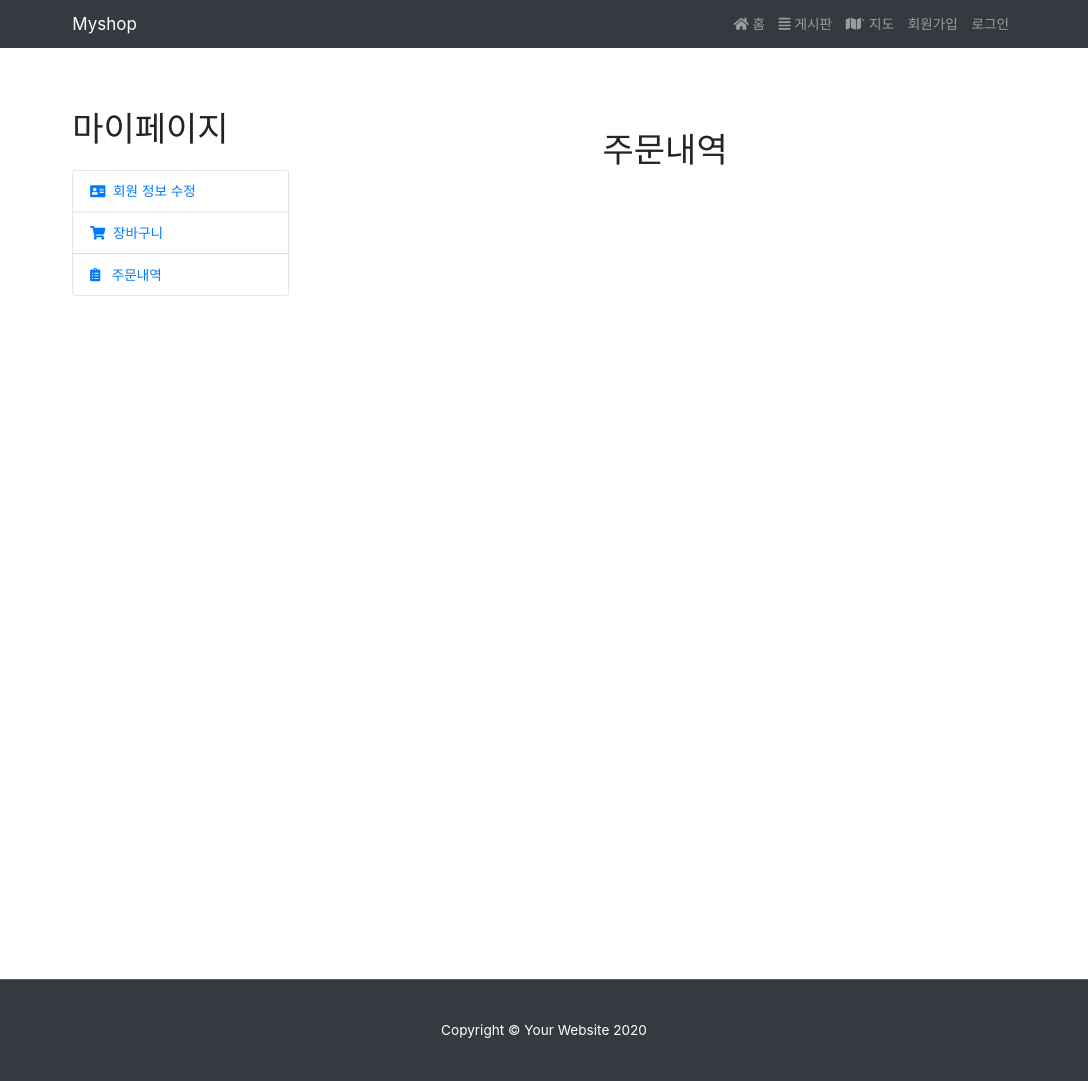
Repository: KimBiYam/ShoppingMallProject
Page: http://localhost/MyShop/WEB-INF/views/product/orderlist.jsp
The author's editor kept a copy of each file at every save. The page is drawn from the files as they stood at one save, then again after the next save.
The browser window is 1280 px wide. The pictures show the whole page, at 85% of full size.
Some web libraries are served in a nearby version. The page is served by Tomcat 9. Nobody is signed in. Other server files are loaded and not shown. The template is opened directly, without the code that normally fills it, so the values that code supplies are empty.

Above is the page before, as saved 2020-04-23 06:21:08.

### MyShop/src/main/webapp/WEB-INF/views/product/orderlist.jsp
<%@ page language="java" contentType="text/html; charset=UTF-8"
	pageEncoding="UTF-8"%>
<%@taglib prefix="c" uri="http://java.sun.com/jsp/jstl/core"%>
<%@taglib prefix="sec" uri="http://www.springframework.org/security/tags"%>
<!DOCTYPE html>
<html lang="en">
<head>
<meta charset="utf-8">
<meta name="viewport"
	content="width=device-width, initial-scale=1, shrink-to-fit=no">
<meta name="description" content="">
<meta name="author" content="">

<title>주문내역</title>
</head>
<body>
	<jsp:include page="../includes/header.jsp" />
	<jsp:include page="../includes/usersidebar.jsp" />
	<div class="col-lg-9">
		<h1 class="my-5 text-center">주문내역</h1>
		<table class="table">
			<tr>
			</tr>
		</table>
	</div>
	<!-- /.col-lg-9 -->
	</div>
	<!-- /.row -->
	</div>
	<!-- /.container -->
	<jsp:include page="../includes/footer.jsp"></jsp:include>

<script type="text/javascript">
</script>
</body>

</html>

### MyShop/src/main/webapp/WEB-INF/views/includes/header.jsp
<%@ page language="java" contentType="text/html; charset=UTF-8"
	pageEncoding="UTF-8"%>
<%@taglib prefix="sec"
	uri="http://www.springframework.org/security/tags"%>
<%@taglib prefix="c" uri="http://java.sun.com/jsp/jstl/core"%>
<!DOCTYPE html>
<!-- Bootstrap core CSS -->
<link href="/myshop/resources/vendor/bootstrap/css/bootstrap.min.css"
	rel="stylesheet">
<!-- Custom styles for this template -->
<link href="/myshop/resources/css/shop-homepage.css" rel="stylesheet">
<!-- Bootstrap core JavaScript -->
<script src="/myshop/resources/vendor/jquery/jquery.min.js"></script>
<script
	src="/myshop/resources/vendor/bootstrap/js/bootstrap.bundle.min.js"></script>
<script
	src="https://t1.daumcdn.net/mapjsapi/bundle/postcode/prod/postcode.v2.js"></script>
<script src="/myshop/resources/js/member.js"></script>
<script
	src="https://cdnjs.cloudflare.com/ajax/libs/font-awesome/5.11.2/js/all.min.js"
	crossorigin="anonymous"></script>

<!-- Navigation -->
<nav class="navbar navbar-expand-lg navbar-dark bg-dark fixed-top">
	<div class="container">
		<a class="navbar-brand" href="/myshop">Myshop</a>
		<button class="navbar-toggler" type="button" data-toggle="collapse"
			data-target="#navbarResponsive" aria-controls="navbarResponsive"
			aria-expanded="false" aria-label="Toggle navigation">
			<span class="navbar-toggler-icon"></span>
		</button>
		<div class="collapse navbar-collapse" id="navbarResponsive">
			<ul class="navbar-nav ml-auto">
				<li class="nav-item"><a class="nav-link" href="/myshop"><i
						class="fas fa-home"></i> 홈 </a></li>
				<li class="nav-item"><a class="nav-link"
					href="/myshop/board/list"><i class="fas fa-align-justify"></i>
						게시판</a></li>
				<li class="nav-item"><a class="nav-link" href="/myshop/map"><i
						class="fa fa-map"></i>` 지도</a></li>
				<sec:authorize access="isAnonymous()">
					<li class="nav-item"><a class="nav-link"
						href="javascript:join()">회원가입</a></li>
					<li class="nav-item"><a class="nav-link"
						href="javascript:login()">로그인</a></li>
				</sec:authorize>
				<sec:authorize access="isAuthenticated()">
					<sec:authorize access='hasRole("ROLE_USER")'>
						<li class="nav-item"><a class="nav-link"
							href="/myshop/user/update"><i class="far fa-address-book"></i>
								마이 페이지</a></li>
						<li class="nav-item"><a
							href="/myshop/product/cart?userid=<sec:authentication property="principal.username"/>"
							class="nav-link"><i class="fas fa-shopping-cart"></i> 장바구니</a></li>
						<li class="nav-item"><a class="nav-link"
							href="/myshop/product/order/list?userid=<sec:authentication property="principal.username"/>"><i
								class="fas fa-clipboard-list"></i> 주문 내역</a></li>
					</sec:authorize>
					<sec:authorize access='hasRole("ROLE_ADMIN")'>
						<li class="nav-item"><a class="nav-link"
							href="/myshop/admin/list"><i class="fas fa-address-card"></i>
								회원 관리</a></li>
						<li class="nav-item"><a class="nav-link"
							href="/myshop/product/category/list"><i class="fas fa-tags"></i>
								카테고리 관리</a></li>
						<li class="nav-item"><a class="nav-link"
							href="/myshop/product/order/admin/list"><i
								class="fas fa-clipboard-list"></i> 주문 관리</a></li>
						<li class="nav-item"><a class="nav-link"
							href="/myshop/product/register"><i
								class="fas fa-balance-scale"></i> 상품 등록</a></li>
					</sec:authorize>
					<li class="nav-item">
						<form id="logoutForm" action="/myshop/logout" method="post">
							<input type="hidden" name="${_csrf.parameterName }"
								value="${_csrf.token }">
						</form> <a class="nav-link" href="javascript:logout()">로그아웃</a>
					</li>
				</sec:authorize>
			</ul>
		</div>
	</div>
</nav>
<!-- #joinModal -->
<div class="modal fade" id="joinModal" tabindex="-1" role="dialog"
	aria-labelledby="myModalLabel" aria-hidden="true">
	<div class="modal-dialog">
		<div class="modal-content">
			<div
				class="modal-header justify-content-center font-weight-light my-4">
				<h3 class="modal-title" id="myModalLabel">회원가입</h3>
			</div>
			<div class="modal-body">
				<form id="joinForm" action="/myshop/user/join" method="post">
					<input type="hidden" name="${_csrf.parameterName }"
						value="${_csrf.token }"> <input type="hidden" name="addr"
						id="addr"> <input type="hidden" name="idcheck"
						id="idcheck" value="0">
					<div class="form-group">
						<label class="small mb-1" for="joinid">ID</label>
						<div class="input-group">
							<input class="form-control input-group-prepend joinInput"
								name="userid" id="joinid" type="text" placeholder="아이디를 입력하세요" />
							<button type="button" id="idcheckBtn"
								class="btn btn-outline-info input-group-append">중복체크</button>
						</div>
					</div>
					<div class="form-group">
						<label class="small mb-1" for="joinpw">Password</label> <input
							class="form-control joinInput" name="userpw" id="joinpw"
							type="password" placeholder="패스워드를 입력하세요" />
					</div>
					<div class="form-group">
						<label class="small mb-1" for="userpw">Password 확인</label> <input
							class="form-control joinInput" id="pwdcheck" type="password"
							placeholder="패스워드를 입력하세요" />
					</div>
					<div class="form-group">
						<label class="small mb-1" for="username">이름</label> <input
							class="form-control joinInput" name="username" id="username"
							type="text" placeholder="이름을 입력하세요" />
					</div>
					<div class="form-group">
						<label class="small mb-1" for="tel">휴대전화</label> <input
							class="form-control joinInput" name="tel" id="tel" type="tel"
							maxlength="13" placeholder="전화번호를 입력하세요" />
					</div>
					<div class="form-group">
						<label class="small mb-1" for="email">이메일</label> <input
							class="form-control joinInput" name="email" id="email"
							type="email" placeholder="이메일을 입력하세요" />
					</div>
					<div class="form-group">
						<label class="small mb-1">우편번호</label> <input
							class="form-control joinInput" style="width: 30%" type="text"
							name="zipcode" id="zipcode" readonly="readonly">
					</div>
					<div class="form-group">
						<label class="small mb-1">주소</label>
						<div class="input-group">
							<input class="form-control input-group-prepend joinInput"
								type="text" id="addrView" readonly="readonly">
							<button type="button" id="addrBtn"
								class="btn btn-outline-primary input-group-apeend">주소
								검색</button>
						</div>
					</div>
					<div class="form-group">
						<label class="small mb-1" for="addrDetail">상세주소</label> <input
							class="form-control joinInput" name="addrDetail" id="addrDetail"
							type="text" placeholder="상세주소를 입력하세요" />
					</div>
					<div class="form-group">
						<label class="small mb-1" for="role">관리자 코드</label> <input
							class="form-control joinInput" name="admincode" id="admincode"
							type="text" placeholder="관리자가 되려면 코드를 입력하세요" />
					</div>
					<div class="form-group mt-4 mb-0">
						<button type="button" class="btn btn-primary float-right"
							id="joinBtn">회원가입</button>
					</div>
				</form>
			</div>
		</div>
		<!-- /.modal-content -->
	</div>
	<!-- /.modal-dialog -->
</div>
<!-- /#joinModal -->
<!-- #loginModal -->
<div class="modal fade" id="loginModal" tabindex="-1" role="dialog"
	aria-labelledby="myModalLabel" aria-hidden="true">
	<div class="modal-dialog">
		<div class="modal-content">
			<div
				class="modal-header justify-content-center font-weight-light my-4">
				<h3 class="modal-title" id="myModalLabel">로그인</h3>
			</div>
			<div class="modal-body">
				<form id="loginForm" action="/myshop/login" method="post">
					<input type="hidden" name="${_csrf.parameterName }"
						value="${_csrf.token }">
					<div class="form-group">
						<label class="small mb-1" for="userid">ID</label>
						<div class="input-group">
							<input class="form-control input-group-prepend" name="username"
								id="loginid" type="text" placeholder="아이디를 입력하세요" />
						</div>
					</div>
					<div class="form-group">
						<label class="small mb-1" for="userpw">Password</label> <input
							class="form-control" name="password" id="loginpw" type="password"
							placeholder="패스워드를 입력하세요" />
					</div>
					<div class="form-group">
						<div class="custom-control custom-checkbox">
							<input class="custom-control-input" name="remember-me"
								id="remember-me" type="checkbox" /> <label
								class="custom-control-label" for="remember-me">자동 로그인</label>
						</div>
					</div>
					<div class="form-group mt-4 mb-0">
						<button type="button" class="btn btn-primary float-right" id="loginBtn">로그인</button>
					</div>
				</form>
				<!-- 네이버 로그인 창 -->
				<div id="naver_id_login float-left" style="text-align: center">
					<a class="float-left" href="${url }"> <img width="223" src="/myshop/resources/img/login.PNG" /></a>
				</div>
			</div>
		</div>
		<!-- /.modal-content -->
	</div>
	<!-- /.modal-dialog -->
</div>
<!-- /#loginModal -->

### MyShop/src/main/webapp/WEB-INF/views/includes/usersidebar.jsp
<%@ page language="java" contentType="text/html; charset=UTF-8"
    pageEncoding="UTF-8"%>
<%@taglib prefix="sec" uri="http://www.springframework.org/security/tags" %>
  <!-- Page Content -->
  <div class="container my-5" style="min-height: 1000px">
    <div class="row">
      <div class="col-lg-3">
        <h1 class="my-4">마이페이지</h1>
        <div class="list-group">
          <a href="/myshop/user/update" class="list-group-item"><i class="fas fa-address-card"></i>&nbsp;&nbsp;회원 정보 수정</a>
          <a href="/myshop/product/cart?userid=<sec:authentication property="principal.username"/>" class="list-group-item"><i class="fas fa-shopping-cart"></i>&nbsp;&nbsp;장바구니</a>
          <a href="/myshop/product/order/list?userid=<sec:authentication property="principal.username"/>" class="list-group-item"><i class="fas fa-clipboard-list"></i>&nbsp;&nbsp;&nbsp;주문내역</a>
        </div>
      </div>
      <!-- /.col-lg-3 -->

### MyShop/src/main/webapp/WEB-INF/views/includes/footer.jsp
<%@ page language="java" contentType="text/html; charset=UTF-8"
    pageEncoding="UTF-8"%>
<!DOCTYPE html>
  <!-- Footer -->
  <footer class="py-5 bg-dark">
    <div class="container">
      <p class="m-0 text-center text-white">Copyright &copy; Your Website 2020</p>
    </div>
    <!-- /.container -->
  </footer>

### MyShop/src/main/webapp/resources/js/member.js
//회원가입 폼
function join() {
	$(".joinInput").val("");
	$("#joinModal").modal("show");
	$("#joinid").removeAttr("readonly");
	$("#idcheck").val("0");
}
//로그인 폼
function login() {
	$("#loginid").val("");
	$("#loginpw").val("");
	$("#loginModal").modal("show");
}
//로그아웃 버튼
function logout(){
	alert("로그아웃 되었습니다");
	$("#logoutForm").submit();
}

$(function() {
//	이메일 정규식
var regemail=/^[-A-Za-z0-9_]+[-A-Za-z0-9_.]*[@]{1}[-A-Za-z0-9_]+[-A-Za-z0-9_.]*[.]{1}[A-Za-z]{1,5}$/;
var regtel = /^(01[016789]{1}|02|0[3-9]{1}[0-9]{1})-?[0-9]{3,4}-?[0-9]{4}$/;

//	아이디 한글 입력 방지
	$("#joinid").on("blur keyup",function(){
		$(this).val($(this).val().replace(/[ㄱ-ㅎ|ㅏ-ㅣ|가-힣]/g,''));
	})
	$("#loginid").on("blur keyup",function(){
		$(this).val($(this).val().replace(/[ㄱ-ㅎ|ㅏ-ㅣ|가-힣]/g,''));
	})
//	전화번호 자동 하이픈
	$('#tel').keydown(function(event) {
	    var key = event.charCode || event.keyCode || 0;
	    $text = $(this);
	    if (key !== 8 && key !== 9) {
	        if ($text.val().length === 3) {
	            $text.val($text.val() + '-');
	        }
	        if ($text.val().length === 8) {
	            $text.val($text.val() + '-');
	        }
	    }

	    return (key == 8 || key == 9 || key == 46 || (key >= 48 && key <= 57) || (key >= 96 && key <= 105));
	});

//	이름 한글만 입력
	$("#username").on("blur keyup",function(){
		$(this).val($(this).val().replace(/[a-z0-9]|[ \[\]{}()<>?|`~!@#$%^&*-_+=,.;:\"'\\]/g,''));
	})

	// 회원가입
	$("#joinBtn").on("click", function() {
		if ($("#joinnid").val() == "") {
			alert("아이디를 입력하세요");
			$("#joinnid").focus();
			return false;
		}
		if ($("#joinpw").val() == "") {
			alert("패스워드를 입력하세요");
			$("#joinpw").focus();
			return false;
		}
		if ($("#pwdcheck").val() == "") {
			alert("패스워드 확인을 입력하세요");
			$("#pwdcheck").focus();
			return false;
		}
		if ($("#username").val() == "") {
			alert("이름을 입력하세요");
			$("#username").focus();
			return false;
		}
		if ($("#tel").val() == "") {
			alert("전화번호를 입력하세요");
			$("#tel").focus();
			return false;
		}
		if ($("#email").val() == "") {
			alert("이메일을 입력하세요");
			$("#email").focus();
			return false;
		}
		if ($("#addrView").val() == "") {
			alert("주소를 검색하세요");
			return false;
		}
		if ($("#addrDetail").val() == "") {
			alert("상세주소를 입력하세요");
			$("#addrDetail").focus();
			return false;
		}

		if ($("#idcheck").val() == "0") {
			alert("아이디 중복체크를 하세요");
			return false;
		}
		if ($("#joinpw").val() != $("#pwdcheck").val()) {
			alert("패스워드가 틀렸습니다");
			$("#joinpw").val("");
			$("#pwdcheck").val("");
			$("#joinpw").focus();
			return false;
		}
		if(!regtel.exec($("#tel").val())){
			alert("전화번호 양식이 틀렸습니다");
			$("#tel").val("");
			$("#tel").focus();
			return false;
		}
		if(!regemail.exec($("#email").val())){
			alert("이메일 양식이 틀렸습니다");
			$("#email").val("");
			$("#email").focus();
			return false;
		}

		var addr = $("#addrView").val() + " " + $("#addrDetail").val();
		$("#addr").val(addr);

		$("#joinForm").submit();
		alert("회원가입이 완료 되었습니다!");
	});

	$("#idcheckBtn").click(function() {
		if ($("#joinid").val() == "") {
			alert("ID를 입력해주세요");
			$("#registerid").focus();
			return false;
		}
		if ($("#idcheck").val() == "1") {
			$("#joinid").removeAttr("readonly");
			$("#joinid").val("");
			$("#idcheck").val("0");
			return false;
		}
		$.get("/myshop/user/idcheck", {
			"userid" : $("#joinid").val()
		}, function(data) {
			if (data == "no"){
				alert("이미 가입된 아이디 입니다");
				$("#joinid").val("");
				$("#joinid").focus();
			}
			if (data == "yes") {
				alert("사용 가능한 아이디 입니다");
				$("#joinid").attr("readonly", "readonly");
				$("#idcheck").val("1");
			}


		})
	});

	// 카카오 주소 API 팝업
	$("#addrBtn").on(
			"click",
			function() {
				new daum.Postcode(
						{
							oncomplete : function(data) {
								// 팝업에서 검색결과 항목을 클릭했을때 실행할 코드를 작성하는 부분.

								// 각 주소의 노출 규칙에 따라 주소를 조합한다.
								// 내려오는 변수가 값이 없는 경우엔 공백('')값을 가지므로, 이를 참고하여 분기
								// 한다.
								var addr = ''; // 주소 변수
								var extraAddr = ''; // 참고항목 변수

								// 사용자가 선택한 주소 타입에 따라 해당 주소 값을 가져온다.
								if (data.userSelectedType === 'R') { // 사용자가
																		// 도로명
																		// 주소를
																		// 선택했을
																		// 경우
									addr = data.roadAddress;
								} else { // 사용자가 지번 주소를 선택했을 경우(J)
									addr = data.jibunAddress;
								}

								// 사용자가 선택한 주소가 도로명 타입일때 참고항목을 조합한다.
								if (data.userSelectedType === 'R') {
									// 법정동명이 있을 경우 추가한다. (법정리는 제외)
									// 법정동의 경우 마지막 문자가 "동/로/가"로 끝난다.
									if (data.bname !== ''
											&& /[동|로|가]$/g.test(data.bname)) {
										extraAddr += data.bname;
									}
									// 건물명이 있고, 공동주택일 경우 추가한다.
									if (data.buildingName !== ''
											&& data.apartment === 'Y') {
										extraAddr += (extraAddr !== '' ? ', '
												+ data.buildingName
												: data.buildingName);
									}
									// 표시할 참고항목이 있을 경우, 괄호까지 추가한 최종 문자열을 만든다.
									if (extraAddr !== '') {
										extraAddr = ' (' + extraAddr + ')';
									}
									// 조합된 참고항목을 해당 필드에 넣는다.
									// document.getElementById("sample6_extraAddress").value
									// = extraAddr;

								} else {
									// document.getElementById("sample6_extraAddress").value
									// = '';
								}

								// 우편번호와 주소 정보를 해당 필드에 넣는다.
								$("#zipcode").val(data.zonecode);
								$("#addrView").val(addr);
								// 커서를 상세주소 필드로 이동한다.
								$("#addrDetail").focus();
							}
						}).open();
			});

	// 로그인
	$("#loginBtn").on("click", function() {
		if ($("#loginid").val() == "") {
			alert("아이디를 입력하세요");
			$("#loginid").focus();
			return false;
		}
		if ($("#loginpw").val() == "") {
			alert("패스워드를 입력하세요");
			$("#loginpw").focus();
			return false;
		}
		$("#loginForm").submit();
	});

})

Loaded but not shown: MyShop/src/main/webapp/resources/css/shop-homepage.css (common file)

After the next save:
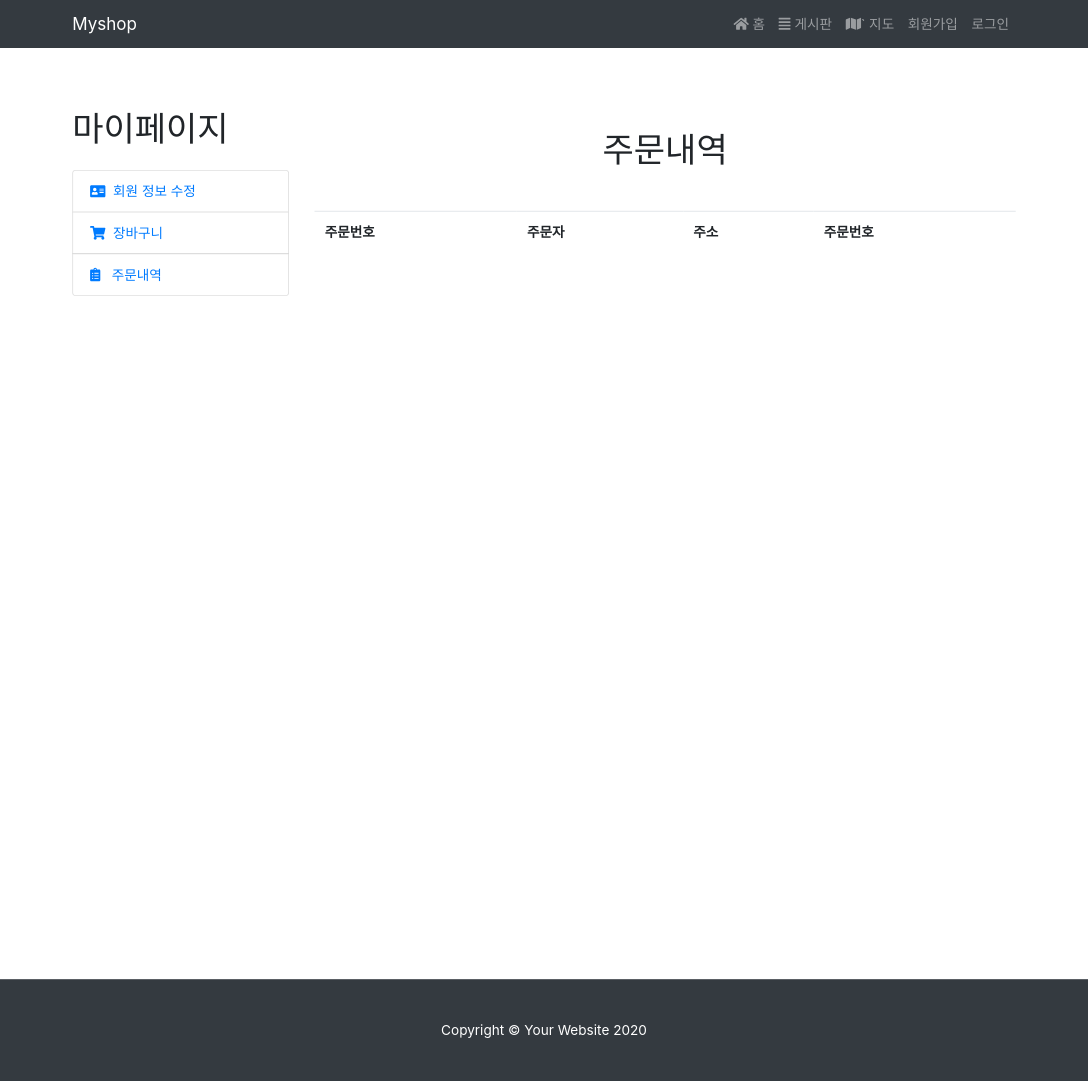
Saved 15 s later.
--- a/MyShop/src/main/webapp/WEB-INF/views/product/orderlist.jsp
+++ b/MyShop/src/main/webapp/WEB-INF/views/product/orderlist.jsp
@@ -20,6 +20,10 @@
 		<h1 class="my-5 text-center">주문내역</h1>
 		<table class="table">
 			<tr>
+				<th>주문번호</th>
+				<th>주문자</th>
+				<th>주소</th>
+				<th>주문번호</th>
 			</tr>
 		</table>
 	</div>
